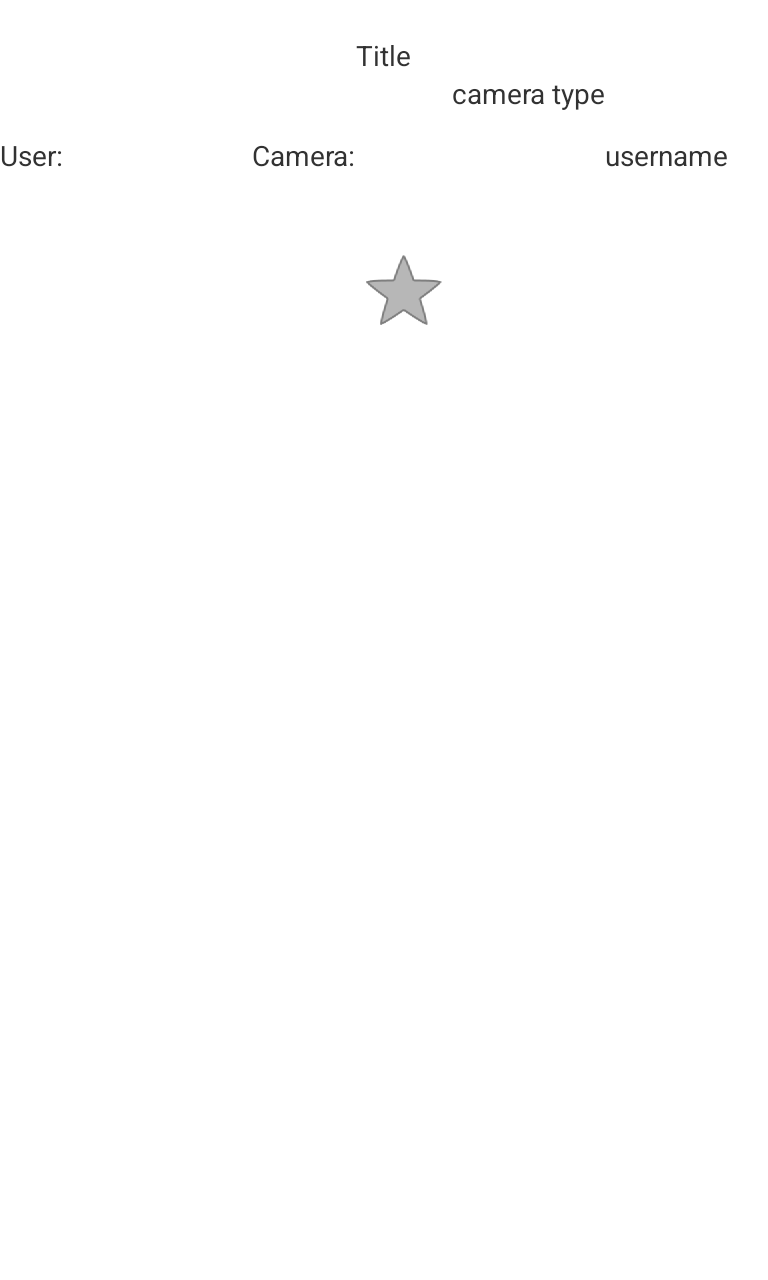
Repository: arianaantonio/Java2_Antonio
Layout: SpaceImageViewer/res/layout/details_activity.xml
The author's editor kept a copy of each file at every save. The layout is drawn from the files as they stood at one save, then again after the next save.
It is drawn on a 768 x 1280 px phone screen (xhdpi) without system bars, with theme AppTheme; the app's code is not run.

Above is the layout before, as saved 2014-07-15 06:54:11.

After the next save:
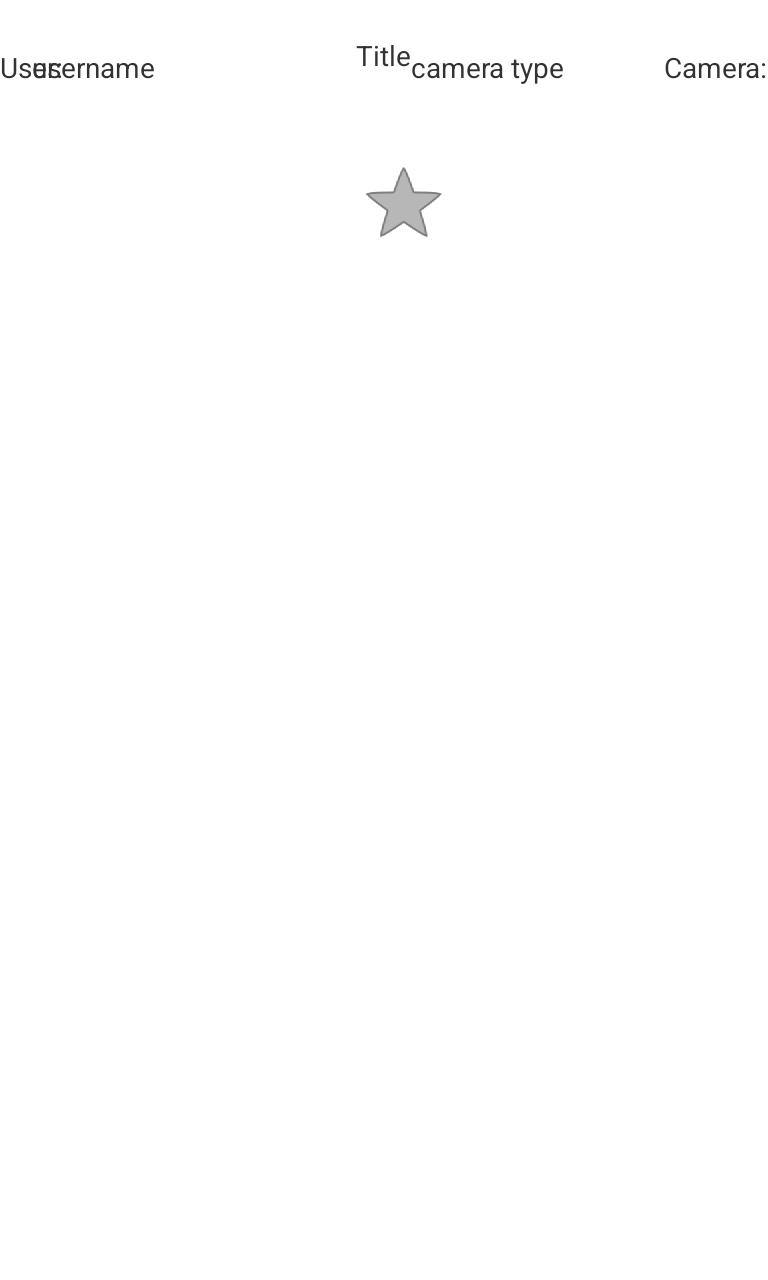
Saved 2 min 9 s later.
--- a/SpaceImageViewer/res/layout/details_activity.xml
+++ b/SpaceImageViewer/res/layout/details_activity.xml
@@ -25,13 +25,23 @@
         android:stepSize="1.0" />
 
     <TextView
-        android:id="@+id/textView1"
+        android:id="@+id/user"
+        android:layout_width="wrap_content"
+        android:layout_height="wrap_content"
+        android:layout_alignParentLeft="true"
+        android:layout_below="@+id/textView2"
+        android:layout_marginTop="24dp"
+        android:text="User:" />
+
+    <TextView
+        android:id="@+id/userName"
         android:layout_width="wrap_content"
         android:layout_height="wrap_content"
         android:layout_alignBaseline="@+id/user"
         android:layout_alignBottom="@+id/user"
-        android:layout_alignParentLeft="true"
-        android:text="User:" />
+        android:layout_marginLeft="16dp"
+        android:layout_toRightOf="@+id/textView1"
+        android:text="username" />
 
     <TextView
         android:id="@+id/camera"
@@ -40,24 +50,17 @@
         android:layout_alignBaseline="@+id/user"
         android:layout_alignBottom="@+id/user"
         android:layout_alignParentRight="true"
-        android:layout_marginRight="20dp"
-        android:text="username" />
+        android:text="Camera:" />
 
     <TextView
-        android:id="@+id/user"
+        android:id="@+id/cameraType"
         android:layout_width="wrap_content"
         android:layout_height="wrap_content"
         android:layout_below="@+id/title"
-        android:layout_marginTop="31dp"
-        android:layout_toLeftOf="@+id/title"
-        android:text="Camera:" />
-
-    <TextView
-        android:id="@+id/textView2"
-        android:layout_width="wrap_content"
-        android:layout_height="wrap_content"
-        android:layout_below="@+id/title"
-        android:layout_toRightOf="@+id/ratingBar"
+        android:layout_marginTop="89dp"
+        android:layout_alignBaseline="@+id/user"
+        android:layout_alignBottom="@+id/user"
+        android:layout_toRightOf="@+id/title"
         android:text="camera type" />
 
 </RelativeLayout>
